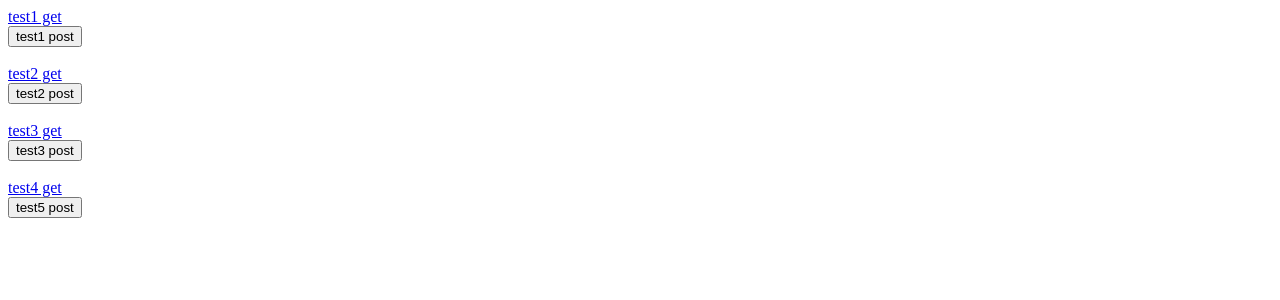
Repository: heojun0827/SpringMvc
Page: http://localhost/RequestMethod/WEB-INF/views/index.jsp
An editor plug-in stored every save of this project. The page is shown before and after the next save, followed by the edit.
The browser window is 1280 px wide. The pictures show the whole page.
The page is served by Tomcat 9. Nobody is signed in. The template is opened directly, without the code that normally fills it, so the values that code supplies are empty.

Above is the page before, as saved 2023-06-05 05:33:42.

After the next save:
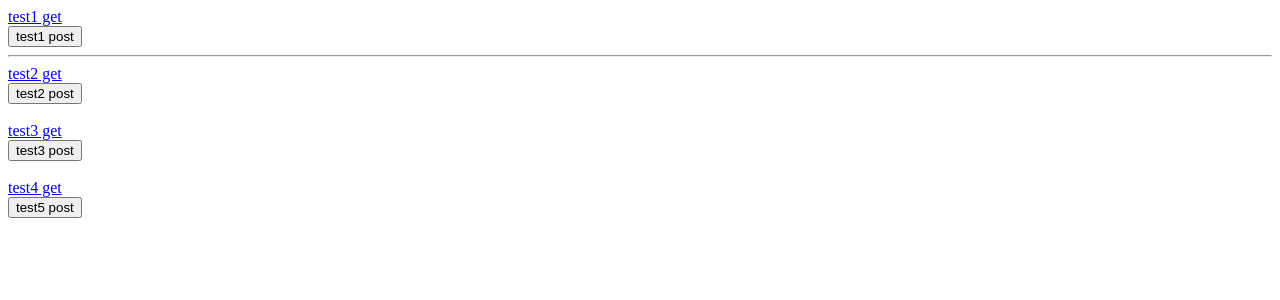
Saved 31 s later.
--- a/RequestMethod/WebContent/WEB-INF/views/index.jsp
+++ b/RequestMethod/WebContent/WEB-INF/views/index.jsp
@@ -10,7 +10,7 @@
 	<a href='test1'>test1 get</a><br>
 	<form action='test1' method='post'>
 		<button type='submit'>test1 post</button>
-	</form><br>
+	</form><hr>
 
 	<a href='test2'>test2 get</a><br>
 		<form action='test2' method='post'>
